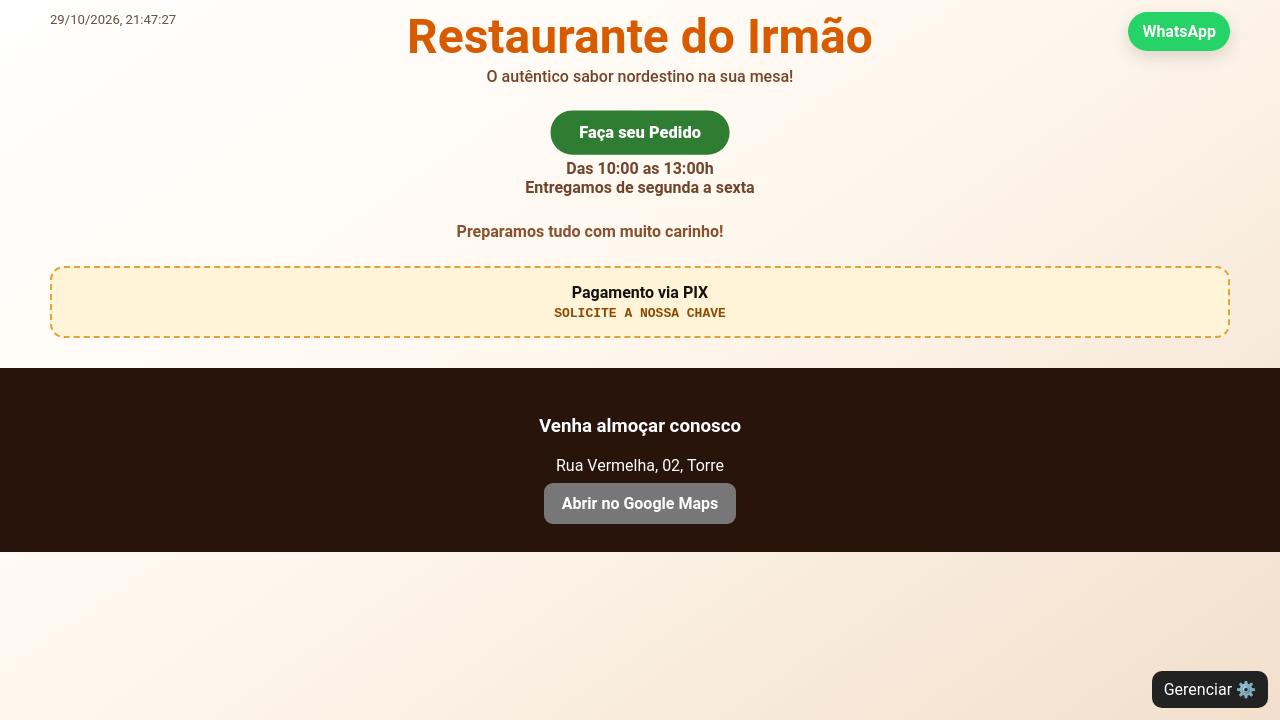
Repository: JeffRodFer/sd-copy-01-frontend
Page: index.html
The author's editor kept a copy of each file at every save. The page is drawn from the files as they stood at one save, then again after a run of saves.
The browser window is 1280 px wide. The pictures show the whole page.

Above is the page before, as saved 2026-10-30 01:34:50.

### index.html
<!DOCTYPE html>
<html lang="pt-BR">

<head>
  <meta charset="UTF-8">
  <meta name="viewport" content="width=device-width, initial-scale=1.0">
  <title>Sistema de Delivery</title>
  <link rel="stylesheet" href="style.css">
</head>

<body>


  <header class="container">

    <div class="topbar">

      <div id="datetime" class="datetime"></div>


      <div class="brand">

        <h1>
          Restaurante do Irmão
        </h1>

        <p>
          O autêntico sabor nordestino na sua mesa!
        </p>

      </div>


      <a id="wa-float-link" class="wa-float" href="https://wa.me/5581920036280" target="_blank" rel="noopener">
        WhatsApp
      </a>

    </div>


    <button class="cta" id="openOrder">
      Faça seu Pedido
    </button>


    <div class="notice">
      Das 10:00 as 13:00h <br>
      Entregamos de segunda a sexta
    </div>

  </header>


  <main class="container" id="menu"></main>


  <div class="container note">
    Preparamos tudo com muito carinho!
  </div>


  <div class="container pix">

    <strong>
      Pagamento via PIX
    </strong>

    <br>


    <code>
    SOLICITE A NOSSA CHAVE
  </code>

  </div>


  <footer class="footer">

    <div class="container">

      <h3>
        Venha almoçar conosco
      </h3>

      <div>
        Rua Vermelha, 02, Torre
      </div>


      <a class="maps" href="https://maps.google.com/?q=Rua+Vermelha+02+Torre" target="_blank" rel="noopener">
        Abrir no Google Maps
      </a>


    </div>

  </footer>


  <button class="manage" id="openAdmin">
    Gerenciar ⚙️
  </button>
  <br>
  <br>
  <br>
  <br>

  <!-- =====================================================
     MODAL DO PEDIDO
     ===================================================== -->

  <div class="overlay hidden" id="orderOverlay">

    <div class="modal">


      <!-- PASSO 1 -->

      <div id="orderStep1" class="step active">

        <h2>
          Faça seu Pedido
        </h2>


        <div id="orderError1" class="error hidden"></div>


        <div class="form-grid">


          <div class="field">

            <label>
              Nome Completo
            </label>

            <input id="customerName" autocomplete="name">

          </div>


          <div class="field">

            <label>
              Telefone
            </label>

            <input id="customerPhone" inputmode="tel" autocomplete="tel" maxlength="15" placeholder="(81) 99999-8888">

          </div>


          <div class="field full">

            <label>
              Endereço de Entrega
            </label>

            <input id="customerAddress" autocomplete="street-address">

          </div>


          <div class="field">

            <label>
              Quantidade de Marmitas
            </label>

            <input id="mealCount" type="number" min="1" max="20" value="1">

          </div>


        </div>


        <div class="delivery">

          <label>

            <input type="radio" name="delivery" value="true" checked>

            Entrega em casa - R$ 5,00

          </label>


          <label>

            <input type="radio" name="delivery" value="false">

            Retirar no Restaurante - R$ 0,00

          </label>

        </div>


        <div class="actions">

          <button class="btn gray" id="closeOrder1">
            Cancelar
          </button>


          <button class="btn green" id="toStep2">
            Continuar
          </button>

        </div>

      </div>


      <!-- PASSO 2 -->

      <div id="orderStep2" class="step">

        <h2>
          Monte suas Marmitas
        </h2>


        <div id="orderError2" class="error hidden"></div>


        <div id="marmitas"></div>


        <div class="actions">

          <button type="button" class="btn gray" id="backStep1">
            Voltar
          </button>


          <button type="button" class="btn green" id="toStep3">
            Encerrar e seguir
          </button>

        </div>

      </div>


      <!-- PASSO 3 -->
      <div id="orderStep3" class="step">

        <h2>Resumo do Pedido</h2>

        <div id="orderSummary" class="order-text"></div>

        <div id="finalTotal" class="total"></div>

        <div class="actions">
          <button class="btn red" id="cancelFinal">
            Voltar
          </button>

          <button class="btn green" id="sendRestaurant">
            Enviar Pedido ao Restaurante
          </button>
        </div>

      </div>

    </div>

  </div>


  <!-- =====================================================
     MODAL ADMINISTRATIVO
     ===================================================== -->

  <div class="overlay hidden" id="adminOverlay">

    <div class="admin-modal">

      <h2>
        Gerenciar Cardápio
      </h2>


      <div id="adminError" class="error hidden"></div>


      <!-- LOGIN -->

      <div id="adminLogin">

        <div class="field">

          <label>
            Usuário
          </label>

          <input id="adminUser" autocomplete="username" value="admin">

        </div>


        <div class="field" style="margin-top:10px">

          <label>
            Senha
          </label>

          <input id="adminPassword" type="password" autocomplete="current-password">

        </div>


        <div class="actions">

          <button class="btn gray" id="closeAdminLogin">
            Fechar
          </button>


          <button class="btn green" id="adminLoginBtn">
            Entrar
          </button>

        </div>

      </div>


      <!-- PAINEL -->

      <div id="adminPanel" class="hidden">

        <div id="adminItems" class="admin-grid"></div>


        <div class="actions">

          <button class="btn gray" id="adminClose">
            Fechar
          </button>


          <button class="btn green" id="adminSave">
            Salvar alterações
          </button>

        </div>

      </div>

    </div>

  </div>


  <script src="script.js"></script>
</body>

</html>

### style.css
:root {
      --orange: #f57c00;
      --brown: #6d3414;
      --green: #2e7d32;
      --red: #d32f2f;
      --blue: #1976d2;
      --purple: #7b1fa2;
      --cream: #fffaf5;
      --line: #eadfd6;
      --muted: #666;
    }

    * {
      box-sizing: border-box;
    }

    html {
      scroll-behavior: smooth;
    }

    body {
      margin: 0;
      background:
        linear-gradient(145deg,
          #fff 0%,
          #fff8ef 45%,
          #f2dfcc 100%);
      color: #17120e;
      font-family: Roboto, Arial, sans-serif;
      min-height: 100vh;
    }

    button,
    input,
    textarea {
      font: inherit;
    }

    button {
      cursor: pointer;
      border: 0;
    }

    .container {
      width: min(1180px, 94%);
      margin: auto;
    }


    /* HEADER */

    .topbar {
      display: grid;
      grid-template-columns: 1fr auto 1fr;
      align-items: start;
      padding: 12px 0;
      gap: 10px;
    }

    .datetime {
      font-size: .82rem;
      color: #674e3d;
    }

    .brand {
      text-align: center;
    }

    .brand h1 {
      margin: 0;
      color: #d85b00;
      font-size: clamp(1.8rem, 5vw, 3rem);
      line-height: 1.05;
    }

    .brand p {
      margin: 5px 0;
      color: #75452a;
      font-weight: 500;
    }

    .wa-float {
      justify-self: end;
      background: #25d366;
      color: #fff;
      padding: 10px 14px;
      border-radius: 999px;
      text-decoration: none;
      font-weight: 700;
      box-shadow: 0 6px 18px #0002;
    }

    .cta {
      display: block;
      margin: 8px auto 5px;
      background: var(--green);
      color: #fff;
      border-radius: 999px;
      padding: 12px 28px;
      font-weight: 800;
      font-size: 1rem;
      animation: pulse 2s infinite;
    }

    .notice {
      text-align: center;
      color: #70442b;
      font-weight: 700;
      margin-bottom: 18px;
    }

    @keyframes pulse {

      0%,
      100% {
        transform: scale(1);
      }

      50% {
        transform: scale(1.03);
      }
    }


    /* CARDÁPIO */

    .section {
      margin: 20px 0;
    }

    .section h2 {
      margin: 0 0 12px;
      color: var(--brown);
    }

    .grid {
      display: grid;
      grid-template-columns:
        repeat(auto-fit,
          minmax(180px, 1fr));
      gap: 10px;
    }

    .card {
      background: #fff;
      border: 1px solid var(--line);
      border-radius: 14px;
      padding: 14px;
      box-shadow:
        0 3px 12px #5a2a0d12;
    }

    .card strong {
      display: block;
    }

    .unavailable {
      opacity: .52;
    }

    .badge {
      display: inline-block;
      margin-top: 7px;
      font-size: .78rem;
      background: #eee;
      padding: 4px 8px;
      border-radius: 999px;
    }

    .accent-guarnicoes {
      border-top: 5px solid #8b5a2b;
    }

    .accent-proteinas {
      border-top: 5px solid #d32f2f;
    }

    .accent-bebidas {
      border-top: 5px solid #1976d2;
    }

    .accent-sobremesas {
      border-top: 5px solid #7b1fa2;
    }

    .note {
      text-align: center;
      font-weight: 700;
      color: #87522d;
      margin: 25px 0;
    }

    .pix {
      background: #fff3d8;
      border: 2px dashed #e0a33b;
      border-radius: 14px;
      padding: 15px;
      text-align: center;
    }

    .pix code {
      font-weight: 800;
      color: #8b4a00;
      word-break: break-all;
    }


    /* FOOTER */

    .footer {
      margin-top: 30px;
      background: #29140b;
      color: #fff;
      padding: 28px 0;
      text-align: center;
    }

    .maps {
      display: inline-block;
      background: #777;
      color: #fff;
      padding: 11px 18px;
      border-radius: 9px;
      text-decoration: none;
      font-weight: 700;
      margin-top: 8px;
    }

    .manage {
      position: fixed;
      right: 12px;
      bottom: 12px;
      background: #222;
      color: #fff;
      padding: 9px 12px;
      border-radius: 10px;
      z-index: 20;
    }


    /* MODAIS */

    .overlay {
      position: fixed;
      inset: 0;
      background: #0009;
      display: flex;
      align-items: center;
      justify-content: center;
      padding: 12px;
      z-index: 100;
    }

    .hidden {
      display: none !important;
    }

    .modal {
      background: #fff;
      width: min(1050px, 100%);
      max-height: 94vh;
      overflow: auto;
      border-radius: 18px;
      box-shadow: 0 20px 70px #0007;
      padding: 22px;
    }

    .modal h2 {
      color: var(--brown);
      margin: 0 0 18px;
    }

    .step {
      display: none;
    }

    .step.active {
      display: block;
    }


    /* FORMULÁRIO */

    .form-grid {
      display: grid;
      grid-template-columns: 1fr;
      gap: 12px;
    }

    .field label {
      display: block;
      font-weight: 700;
      margin-bottom: 5px;
    }

    .field input,
    .field textarea,
    .field select {
      width: 100%;
      padding: 11px;
      border: 1px solid #cfcfcf;
      border-radius: 10px;
      background: #fff;
    }

    .field textarea {
      min-height: 75px;
      resize: vertical;
    }

    .delivery {
      display: grid;
      gap: 9px;
      margin: 12px 0;
    }

    .delivery label {
      border: 1px solid #ddd;
      border-radius: 10px;
      padding: 12px;
    }


    /* MARMITAS */

    .marmita {
      border: 1px solid #ddd;
      border-radius: 15px;
      padding: 14px;
      margin: 14px 0;
      background: #fff;
    }

    .marmita h3 {
      margin: 0 0 12px;
      color: #7b401f;
    }

    .choice-group {
      margin: 13px 0;
    }

    .choice-group h4 {
      margin: 0 0 8px;
    }

    .choices {
      display: grid;
      grid-template-columns:
        repeat(auto-fit,
          minmax(190px, 1fr));
      gap: 8px;
    }

    .check {
      border: 1px solid #ddd;
      border-radius: 10px;
      padding: 9px;
      background: #fafafa;
    }

    .check input {
      margin-right: 6px;
    }

    .limit {
      font-size: .8rem;
      color: var(--muted);
      margin: 5px 0;
    }


    /*
  IMPORTANTE:
  A linha de quantidade agora é uma GRID
  com nome + preço + menos + quantidade + mais.
  Assim o + nunca cai para a linha de baixo.
*/

    .qty-list {
      display: grid;
      gap: 7px;
    }

    .qty-row {
      display: grid;

      grid-template-columns:
        minmax(0, 1fr) auto auto auto auto;

      align-items: center;

      gap: 8px;

      border: 1px solid #eee;
      border-radius: 11px;
      padding: 8px;

      background: #faf8f6;
    }

    .qty-name {
      min-width: 0;
      font-weight: 700;
      overflow-wrap: anywhere;
    }

    .qty-price {
      font-size: .9rem;
      color: #555;
      white-space: nowrap;
    }

    .qty-btn {
      width: 36px;
      height: 36px;
      border-radius: 9px;
      background: #eee;
      font-weight: 900;
      font-size: 1.1rem;
    }

    .qty-value {
      min-width: 22px;
      text-align: center;
      font-weight: 800;
    }


    /* BOTÕES */

    .actions {
      display: flex;
      gap: 10px;
      justify-content: flex-end;
      flex-wrap: wrap;
      margin-top: 18px;
    }

    .btn {
      padding: 12px 18px;
      border-radius: 10px;
      font-weight: 800;
    }

    .btn.green {
      background: #2e7d32;
      color: #fff;
    }

    .btn.red {
      background: #e57373;
      color: #fff;
    }

    .btn.gray {
      background: #eee;
    }

    .total {
      font-size: 1.2rem;
      text-align: right;
      color: #18752b;
      font-weight: 900;
      margin-top: 14px;
    }

    .error {
      background: #ffe5e5;
      color: #9b1c1c;
      padding: 10px;
      border-radius: 9px;
      margin: 10px 0;
    }

    .order-text {
      background: #f5f5f5;
      padding: 14px;
      border-radius: 12px;
      white-space: pre-wrap;
      font-family: monospace;
      line-height: 1.45;
    }


    /* ADMIN */

    .admin-modal {
      background: #f5f5f5;
      width: min(1100px, 100%);
      max-height: 92vh;
      overflow: auto;
      border-radius: 18px;
      padding: 20px;
    }

    .admin-grid {
      display: grid;
      grid-template-columns: 1fr;
      gap: 16px;
    }

    .admin-section {
      background: #fff;
      padding: 14px;
      border-radius: 14px;
    }

    .admin-item {
      display: flex;
      align-items: center;
      justify-content: space-between;
      gap: 10px;
      padding: 9px 0;
      border-bottom: 1px solid #eee;
    }

    .admin-item:last-child {
      border-bottom: 0;
    }

    .switch {
      position: relative;
      width: 50px;
      height: 28px;
      flex: 0 0 auto;
    }

    .switch input {
      display: none;
    }

    .slider {
      position: absolute;
      inset: 0;
      background: #bbb;
      border-radius: 30px;
    }

    .slider:before {
      content: "";
      position: absolute;
      width: 22px;
      height: 22px;
      left: 3px;
      top: 3px;
      background: #fff;
      border-radius: 50%;
      transition: .2s;
    }

    .switch input:checked+.slider {
      background: #2e7d32;
    }

    .switch input:checked+.slider:before {
      transform: translateX(22px);
    }


    /* RESPONSIVO */

    @media(min-width:700px) {

      .form-grid {
        grid-template-columns:
          1fr 1fr;
      }

      .form-grid .full {
        grid-column: 1/-1;
      }

      .admin-grid {
        grid-template-columns:
          1fr 1fr;
      }

    }


    @media(max-width:600px) {

      .topbar {
        grid-template-columns:
          1fr auto;
      }

      .brand {
        grid-column: 1/-1;
        grid-row: 1;
      }

      .datetime {
        grid-column: 1;
      }

      .wa-float {
        grid-column: 2;
      }

      /*
    Mantém TODOS os controles da bebida
    na mesma linha.
  */

      .qty-row {
        grid-template-columns:
          minmax(0, 1fr) auto auto auto auto;
      }

      .qty-price {
        font-size: .8rem;
      }

      .modal {
        padding: 15px;
      }

      .actions .btn {
        flex: 1 1 100%;
      }

    }

Loaded but not shown: script.js (1526 lines, source omitted)

After the next 2 saves:
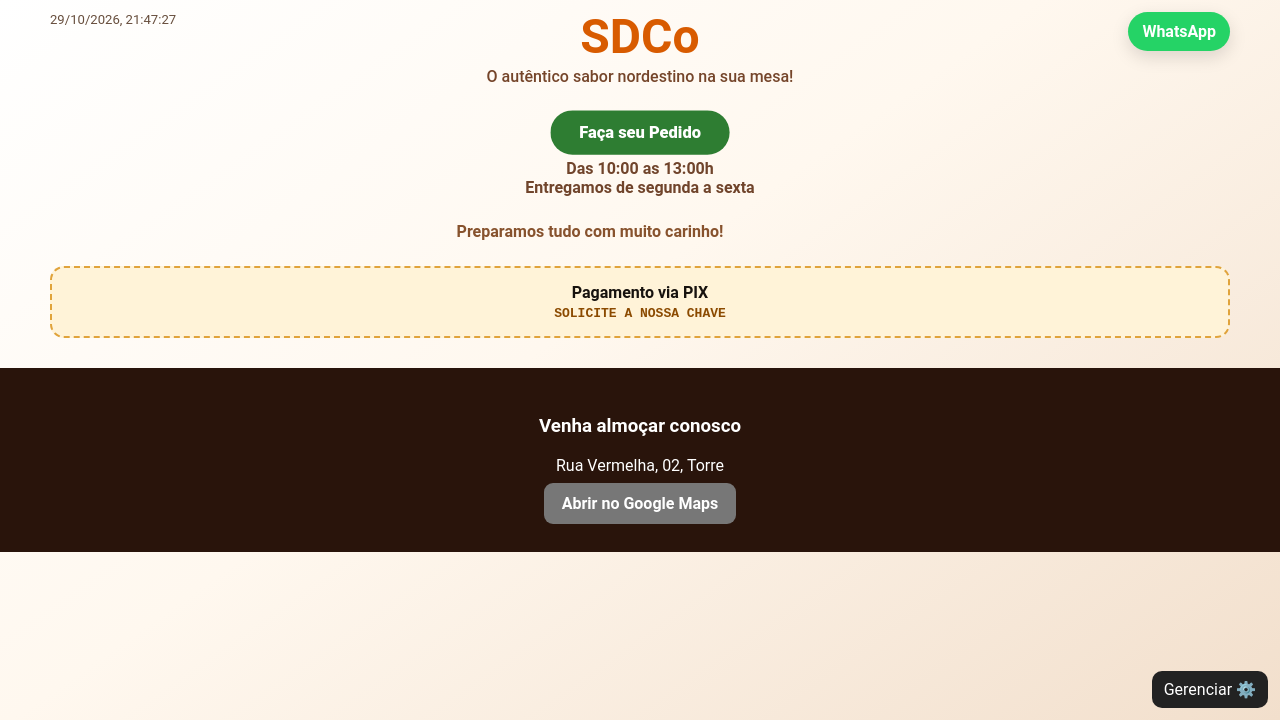
The 2 saves are shown as one change because they came seconds apart.
The last was saved 119 s later.
--- a/index.html
+++ b/index.html
@@ -21,7 +21,7 @@
       <div class="brand">
 
         <h1>
-          Restaurante do Irmão
+          SDCo
         </h1>
 
         <p>
